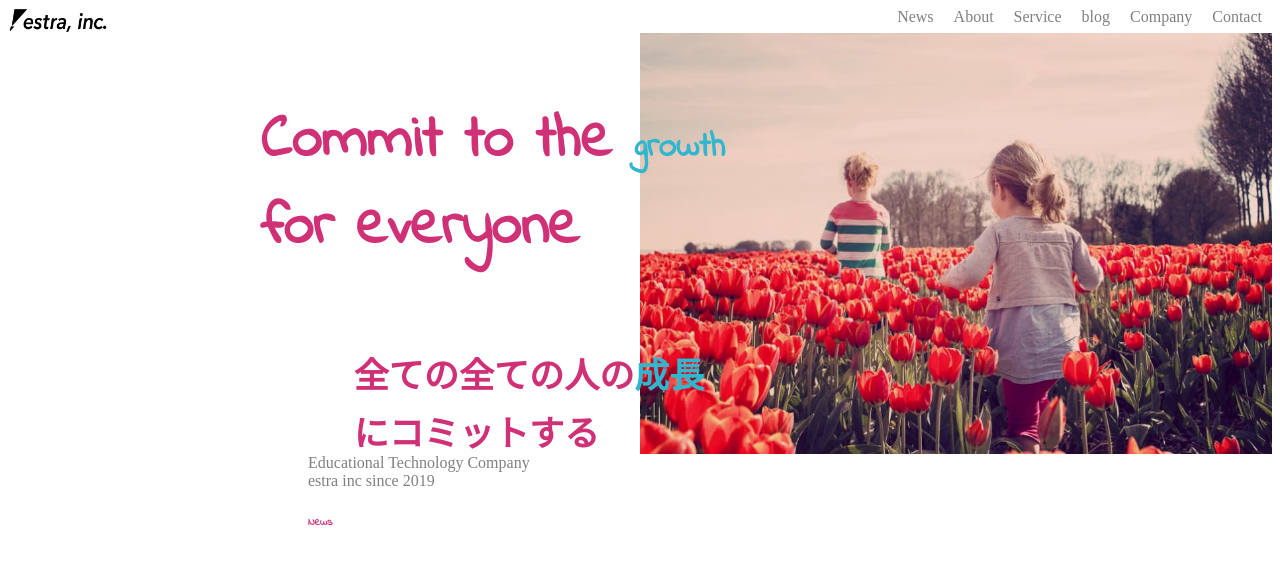
Repository: sigemasaasuka/20210902
Page: index.html
The author's editor kept a copy of each file at every save. The page is drawn from the files as they stood at one save, then again after the next save.
The browser window is 1280 px wide. The pictures show the whole page.

Above is the page before, as saved 2021-09-08 17:30:51.

After the next save:
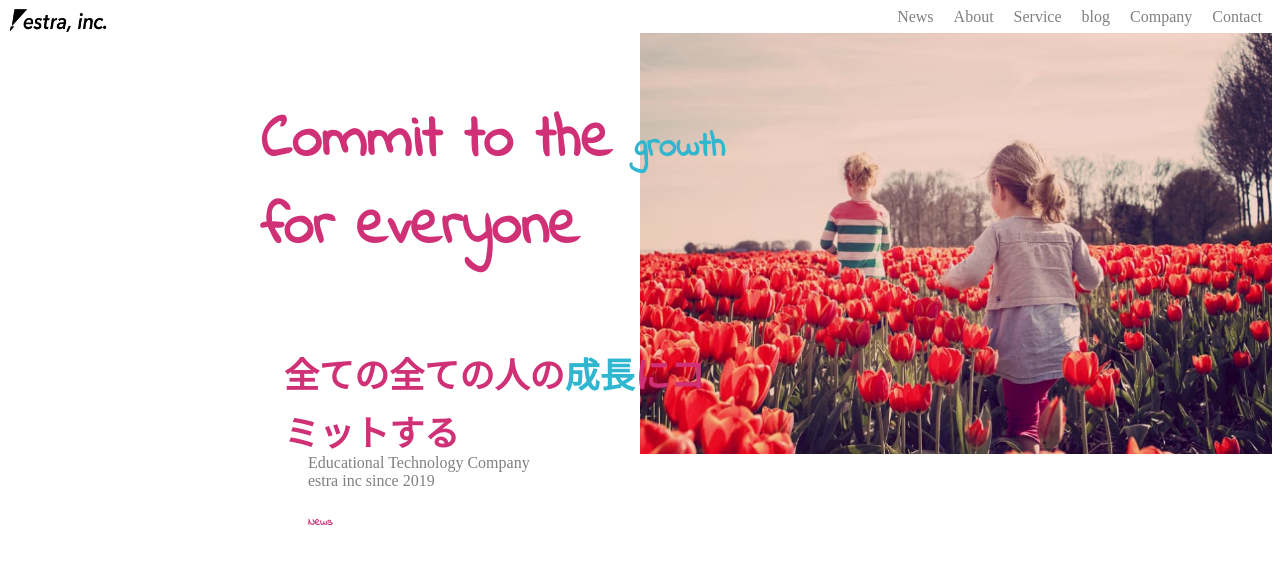
Saved 4 s later.
--- a/css/style.css
+++ b/css/style.css
@@ -46,7 +46,7 @@
 .example-txt {
   position: absolute;
   top: 100%;
-  left: 20%;
+  left: 5%;
   font-size: 30px;
   color: #cf3076;
   font-family: "Indie Flower", cursive;
